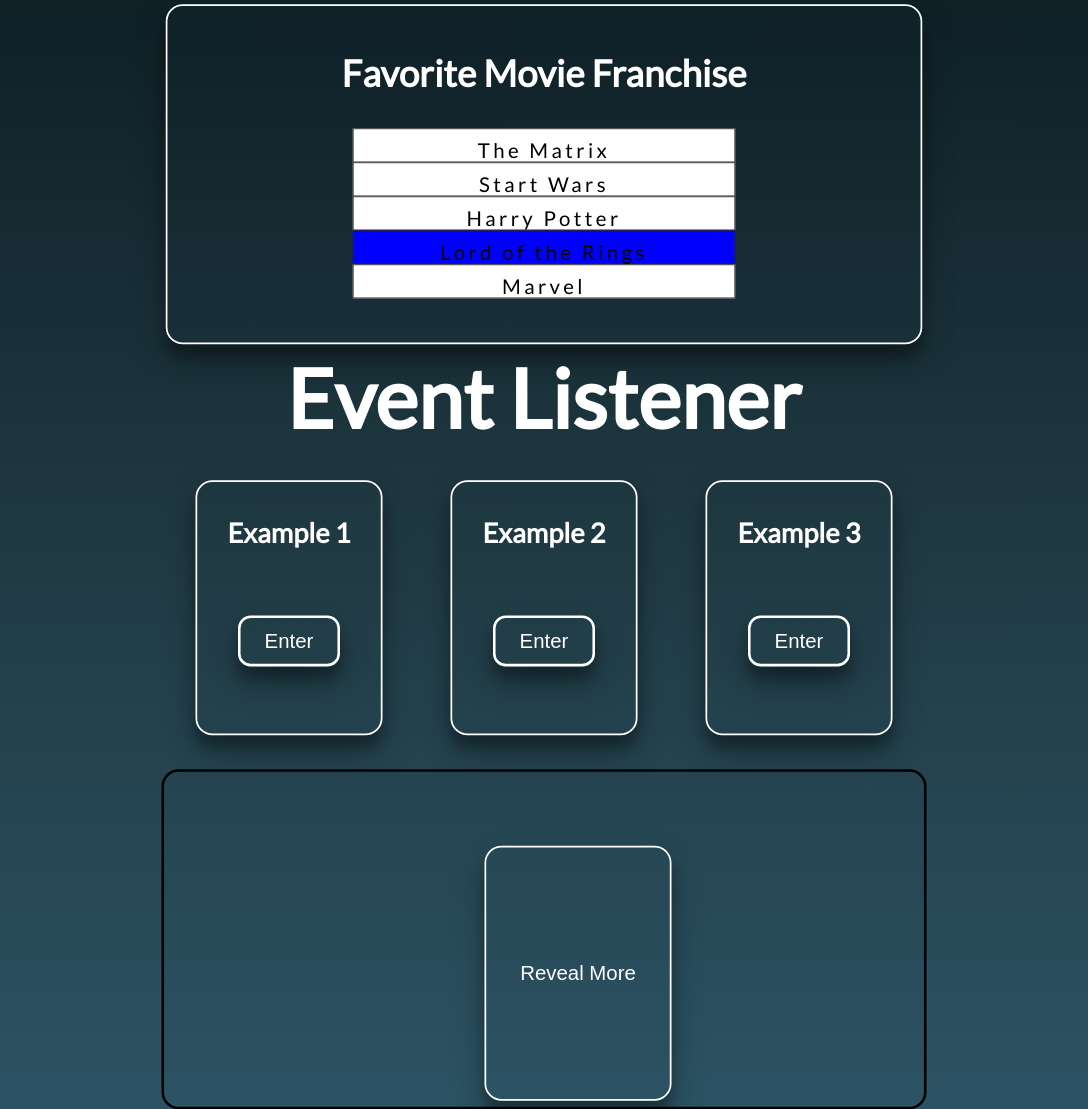
Repository: Ellisvelandia/DOM-Manipulation
Page: index.html
An editor plug-in stored every save of this project. The page is shown before and after a run of saves, followed by the edit.
The browser window is 1280 px wide. The pictures show the whole page, at 85% of full size.

Above is the page before, as saved 2022-08-22 18:43:01.

### index.html
<!DOCTYPE html>
<html lang="en">
  <head>
    <meta charset="UTF-8" />
    <meta http-equiv="X-UA-Compatible" content="IE=edge" />
    <meta name="viewport" content="width=device-width, initial-scale=1.0" />
    <link rel="stylesheet" href="style.css" />
    <title>Master DOM Manipulation</title>
  </head>
  <body>
    <div>
      <div class="container">
        <h1 id="main-heading">Favorite Movie Franchise</h1>
        <ul>
          <li class="list-items">The Matrix</li>
          <li class="list-items">Start Wars</li>
          <li class="list-items">Harry Potter</li>
          <li class="list-items">Lord of the Rings</li>
          <li class="list-items">Marvel</li>
        </ul>
      </div>
      <h2 id="main-heading_event">Event Listener</h2>
      <div class="container_event_listener">
        <div class="boxes box-1">
          <h1 id="heading">Example 1</h1>
          <button onclick="alert('I love Javascript')">Enter</button>
        </div>
        <div class="boxes box-2">
          <h1 id="heading">Example 2</h1>
          <button class="btn-2">Enter</button>
        </div>
        <div class="boxes box-3">
          <h1 id="heading">Example 3</h1>
          <button class="btn-3">Enter</button>
        </div>
      </div>

      <div class="Event">
        <button class="reveal-btn boxes">Reveal More</button>
        <div class="hidden-content boxes">
          The Document Object Model is a cross-platform and language-independent
          interface that treats an XML or HTML document as a tree structure
          wherein each node is an object representing a part of the document. The
          DOM represents a document with a logical tree.
        </div>
      </div>

    </div>
    <script src="app.js"></script>
  </body>
</html>

### style.css
@import url("https://fonts.googleapis.com/css2?family=Lato&display=swap");

* {
  list-style: none;
  padding: 0;
  margin: 0;
  box-sizing: border-box;
}

body {
  background: linear-gradient(#0f2027, #203a43, #2c5364);
  height: 100%;
  max-width: 100%;
  font-family: "Lato", sans-serif;
  display: flex;
  justify-content: center;
  align-items: center;
}

.container {
  display: flex;
  align-items: center;
  flex-direction: column;
  justify-content: center;
  border: 1px solid transparent;
  padding: 5px;
  border-radius: 20px;
  height: 400px;
  border: 2px solid #fff;
  box-shadow: rgba(0, 0, 0, 0.3) 0px 19px 38px,
    rgba(0, 0, 0, 0.22) 0px 15px 12px;
  margin: 5px;
}

#main-heading {
  font-size: 2.7rem;
  font-weight: 900;
  color: #fff;
  padding-bottom: 40px;
}

.list-items {
  text-align: center;
  color: #000;
  font-size: 1.5rem;
  font-weight: 300;
  background-color: #fff;
  padding-top: 10px;
  width: 450px;
  height: 40px;
  border: rgb(39, 39, 39) solid 1px;
  letter-spacing: 4px;
}

ul {
  list-style: none;
}

.container_event_listener {
  display: flex;
  align-items: center;
  justify-content: center;
}

.boxes {
  max-width: 100%;
  margin: 5px;
  border: 1px solid transparent;
  border-radius: 20px;
  height: 300px;
  margin: 40px;
  width: 220px;
  border: 2px solid #fff;
  box-shadow: rgba(0, 0, 0, 0.3) 0px 19px 38px,
    rgba(0, 0, 0, 0.22) 0px 15px 12px;
}

#heading {
  position: relative;
  top: 20%;
  left: 50%;
  transform: translate(-50%, -50%);
  color: #fff;
  text-align: center;
}

#main-heading_event {
  text-align: center;
  font-weight: bold;
  font-size: 6rem;
  color: #fff;
}

button {
  position: relative;
  top: 50%;
  left: 50%;
  transform: translate(-50%, -50%);
  box-shadow: rgba(0, 0, 0, 0.3) 0px 19px 38px,
    rgba(0, 0, 0, 0.22) 0px 15px 12px;
  width: 120px;
  height: 60px;
  border: 3px solid #fff;
  border-radius: 15px;
  color: #fff;
  font-size: 1.5rem;
  background-color: transparent;
  cursor: pointer;
}
.Event {
  display: grid;
  place-content: center;
  height: 400px;
  border-radius: 20px;
  border: solid ;
}

.hidden-content {
  display: none;
}

.hidden-content.reveal-btn {
  display: block;
}

### app.js
// // // const title = document.querySelector("#main-heading");

// // // title.style.color = "red";

// // // console.log(title);

// // // const listItems = document.querySelectorAll(".list-items");

// // // for (i = 0; i < listItems.length; i++) {
// // //   listItems[i].style.fontSize = "2rem";
// // // }

// // // console.log(listItems);

// // // Creating Element

// // const ul = document.querySelector("ul");
// // const li = document.querySelector("li");

// // // Adding Elements

// // ul.append(li)

// // // Modifying the text

// // // const firstListItem = document.querySelector('.list-items');

// // // console.log (firstListItem.innerText);
// // // console.log (firstListItem.textContent);
// // // console.log (firstListItem.innerHTML);

// // li.innerText = 'x-men';

// // // Modifying Attributes & classes

// // li.classList.remove('list-items')

// // console.log(li.classList.contains('list-items'));

// // // Remove Elements

// // li.remove();

// // traverse the DOM

// // Parent Node Traversal

// let ul = document.querySelector("ul");

// // console.log(ul.parentNode.parentNode);
// // console.log(ul.parentElement.parentElement);

// const html = document.documentElement;

// console.log(html.parentNode);
// console.log(html.parentElement)

// Child Node Traversal

let ul = document.querySelector("ul");

// console.log(ul.childNodes);
// console.log(ul.firstChild);
// console.log(ul.lastChild);

ul.childNodes[7].style.backgroundColor = "blue";

// console.log (ul.children);
// console.log(ul.firstElementChild);
// console.log(ul.lastElementChild);

// Sibling  Traversal

// let ul = document.querySelector("ul");
// const div = document.querySelector("div");

// console.log(div.childNodes)

// console.log(ul.previousElementSibling);
// console.log(ul.nextElementSibling);

// Event Listener

// element.addEventListener("click", function)

const buttonTwo = document.querySelector(".btn-2");

function alertBtn() {
  alert("I also love javascript");
}

buttonTwo.addEventListener("click", alertBtn);

// Mouseover

const newBackgroundColor = document.querySelector(".box-3");

function changeBgColor() {
  newBackgroundColor.style.backgroundColor = "blue";
}

newBackgroundColor.addEventListener("mouseover", changeBgColor);

//Real Event

const revealBtn = document.querySelector(".reveal-btn");

const hiddenContent = document.querySelector(".hidden-content");

function revealContent() {
  if (hiddenContent.classList.contains("reveal-btn")) {
    hiddenContent.classList.remove("revela-btn");
  } else {
    hiddenContent.classList.add("reveal-btn");
  }
}

revealBtn.addEventListener("click", revealContent);

After the next 2 saves:
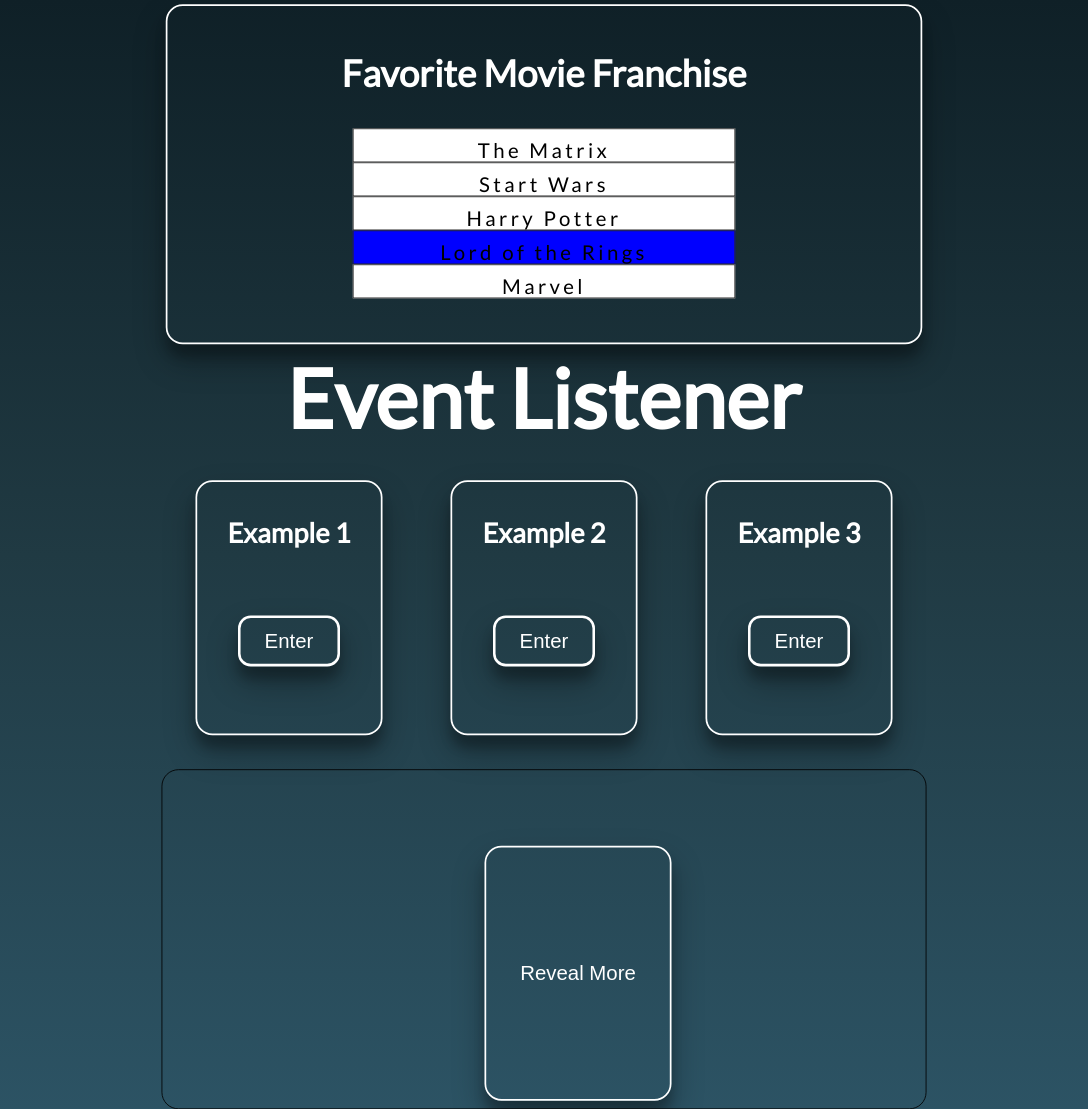
The 2 saves are shown as one change because they came seconds apart.
The last was saved 6 s later.
--- a/style.css
+++ b/style.css
@@ -112,7 +112,7 @@
   place-content: center;
   height: 400px;
   border-radius: 20px;
-  border: solid ;
+  border: solid 1px;
 }
 
 .hidden-content {
